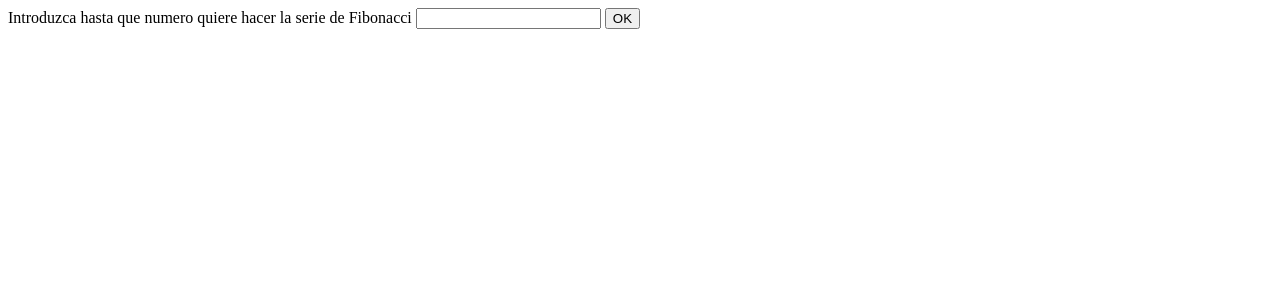
Repository: Matmart13/Acceso-a-Datos-2
Page: http://localhost/JSP1/Ejercicio4.jsp
The author's editor kept a copy of each file at every save. The page is drawn from the files as they stood at one save, then again after the next save.
The browser window is 1280 px wide. The pictures show the whole page.
The page is served by Tomcat 9.

Above is the page before, as saved 2023-01-30 14:52:46.

### JSP1/src/main/webapp/Ejercicio4.jsp
<%-- Ejercicio 5.jsp --%>
<%@page contentType="text/html" pageEncoding="UTF-8"%>
<!DOCTYPE html>
<html>
<head>
<meta http-equiv="Content-Type" content="text/html; charset=UTF-8">
</head>
<body>
<form method="get" action="resultadoEj5.jsp">
Introduzca hasta que numero quiere hacer la serie de Fibonacci
<input type="text" name="ultimo">
<input type="submit" value="OK">
</form>
</body>
</html>

After the next save:
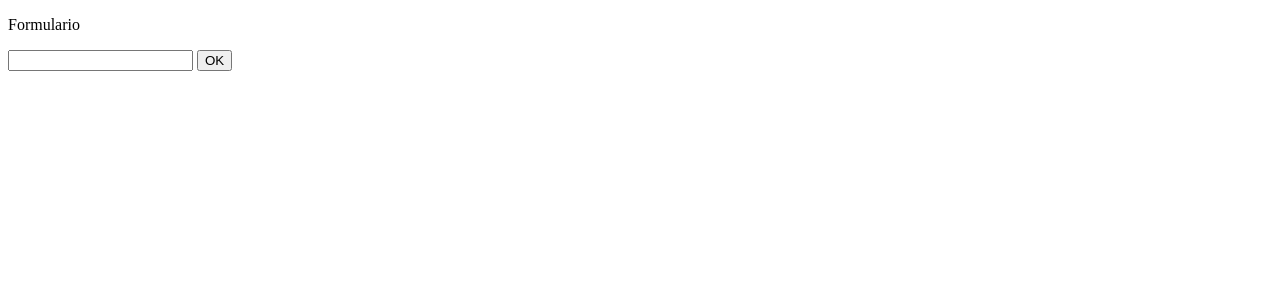
Saved 23 s later.
--- a/JSP1/src/main/webapp/Ejercicio4.jsp
+++ b/JSP1/src/main/webapp/Ejercicio4.jsp
@@ -6,8 +6,8 @@
 <meta http-equiv="Content-Type" content="text/html; charset=UTF-8">
 </head>
 <body>
+<p>Formulario</p>
 <form method="get" action="resultadoEj5.jsp">
-Introduzca hasta que numero quiere hacer la serie de Fibonacci
 <input type="text" name="ultimo">
 <input type="submit" value="OK">
 </form>
